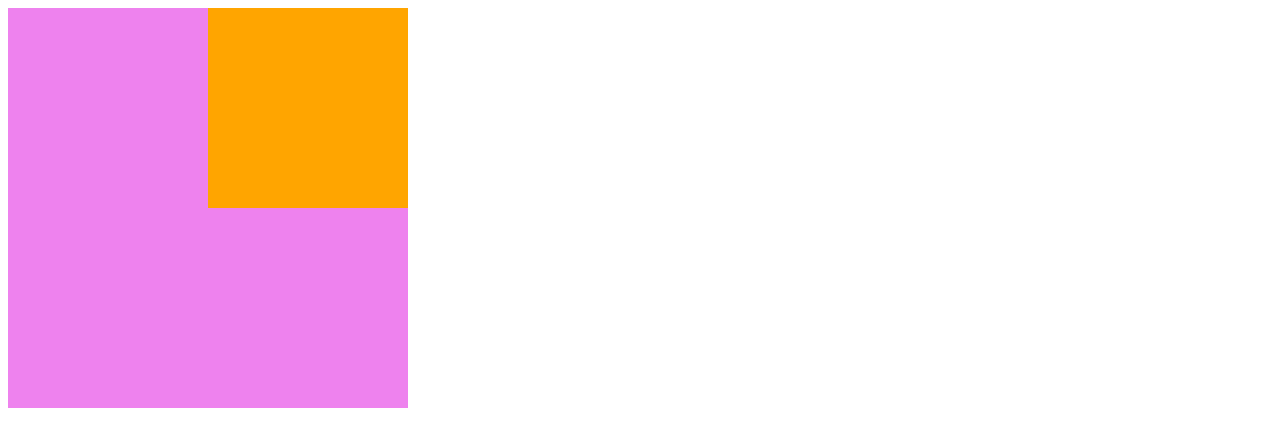
Repository: AytacSafarova/Task-12
Page: index.html
These files come from the project's save history. The page is drawn as it stood at one moment and after the next save; the edit follows.
The browser window is 1280 px wide. The pictures show the whole page.

Above is the page before, as saved 2023-07-25 14:35:53.

### index.html
<!DOCTYPE html>
<html lang="en">

<head>
    <meta charset="UTF-8">
    <meta name="viewport" content="width=device-width, initial-scale=1.0">
    <title>Document</title>
    <link rel="stylesheet" href="./index.css">
</head>

<body>
    <div class="container">
        <div class="child child1"></div>
        <div class="child child2"></div>
    </div>

</body>

</html>

### index.css
.container{
    width: 400px;
    height: 400px;
    background-color: violet;
    position: relative;
}
.child{
    width: 200px;
    height: 200px;
    background-color: orange;
    position: absolute;
    top: 0;
    right: 0;
}

After the next save:
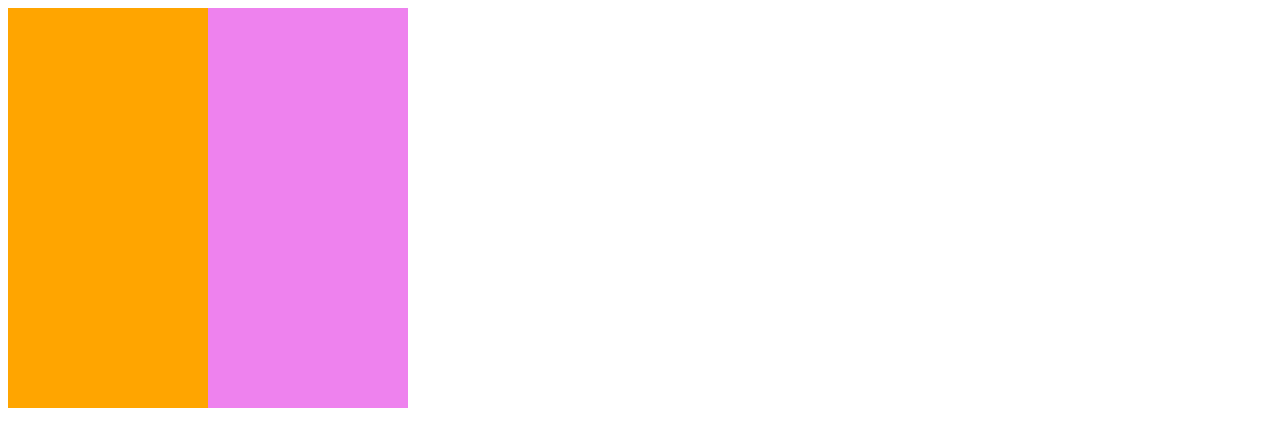
Saved 4 s later.
--- a/index.css
+++ b/index.css
@@ -8,7 +8,5 @@
     width: 200px;
     height: 200px;
     background-color: orange;
-    position: absolute;
-    top: 0;
-    right: 0;
+
 }
